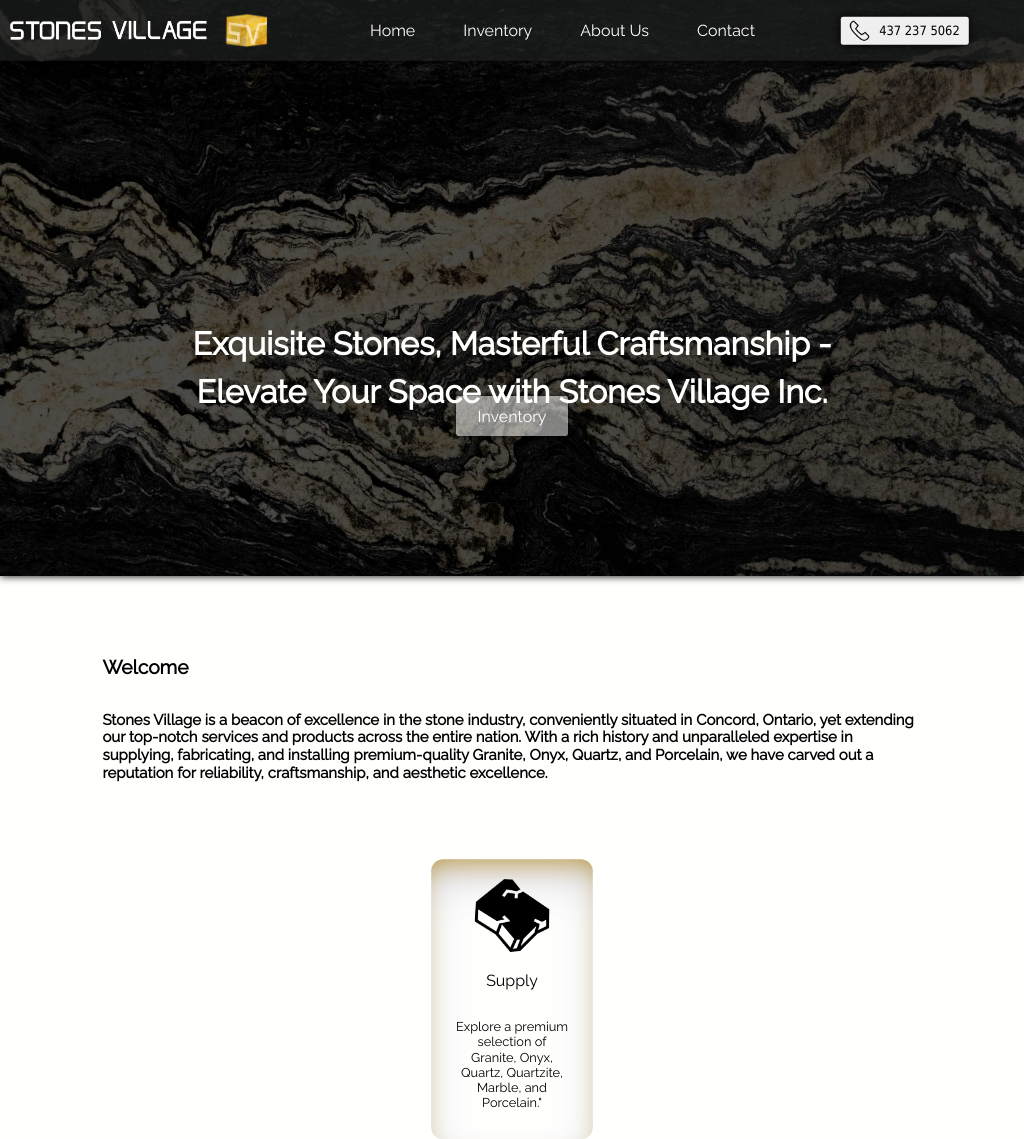
Repository: shayanabedi98/Stones-Village
Page: index.html
These files come from the project's save history. The page is drawn as it stood at one moment and after the next save; the edit follows.
The browser window is 1280 px wide. The pictures show the whole page, at 80% of full size.
Backgrounds fixed to the window are drawn as part of the page.

Above is the page before, as saved 2023-10-22 16:43:59.

After the next save:
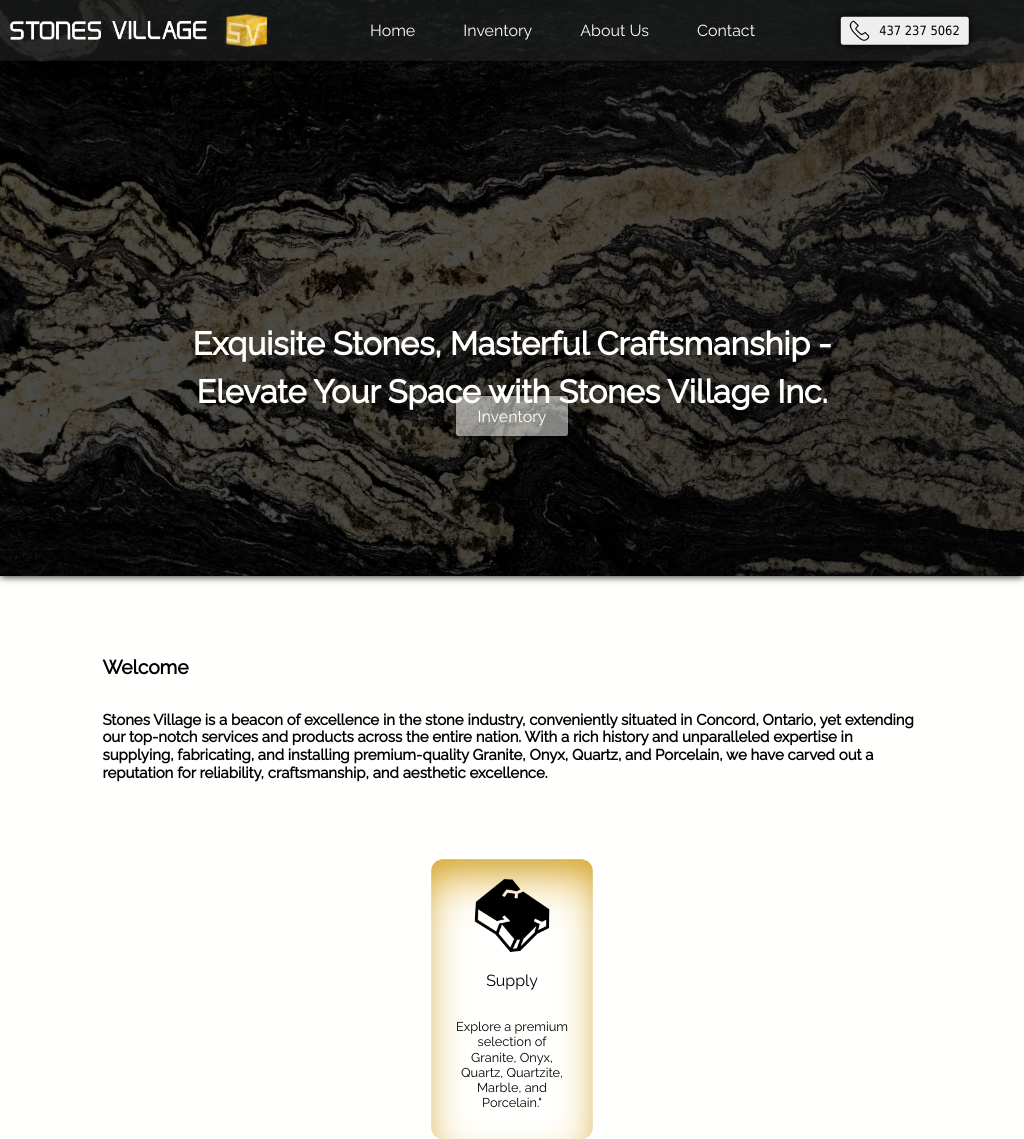
Saved 8 s later.
--- a/styles.css
+++ b/styles.css
@@ -173,7 +173,7 @@ body {
     display: grid;
     justify-items: center;
     border-radius: 15px;
-    box-shadow: rgba(50, 50, 93, 0.25) 0px 30px 60px -12px inset, #DEAB27 0px 18px 36px -18px inset;
+    box-shadow: #DEAB27 0px 30px 60px -12px inset, rgba(0, 0, 0, 0.3) 0px 18px 36px -18px inset;
     padding: 20px 5px;
 }
 
